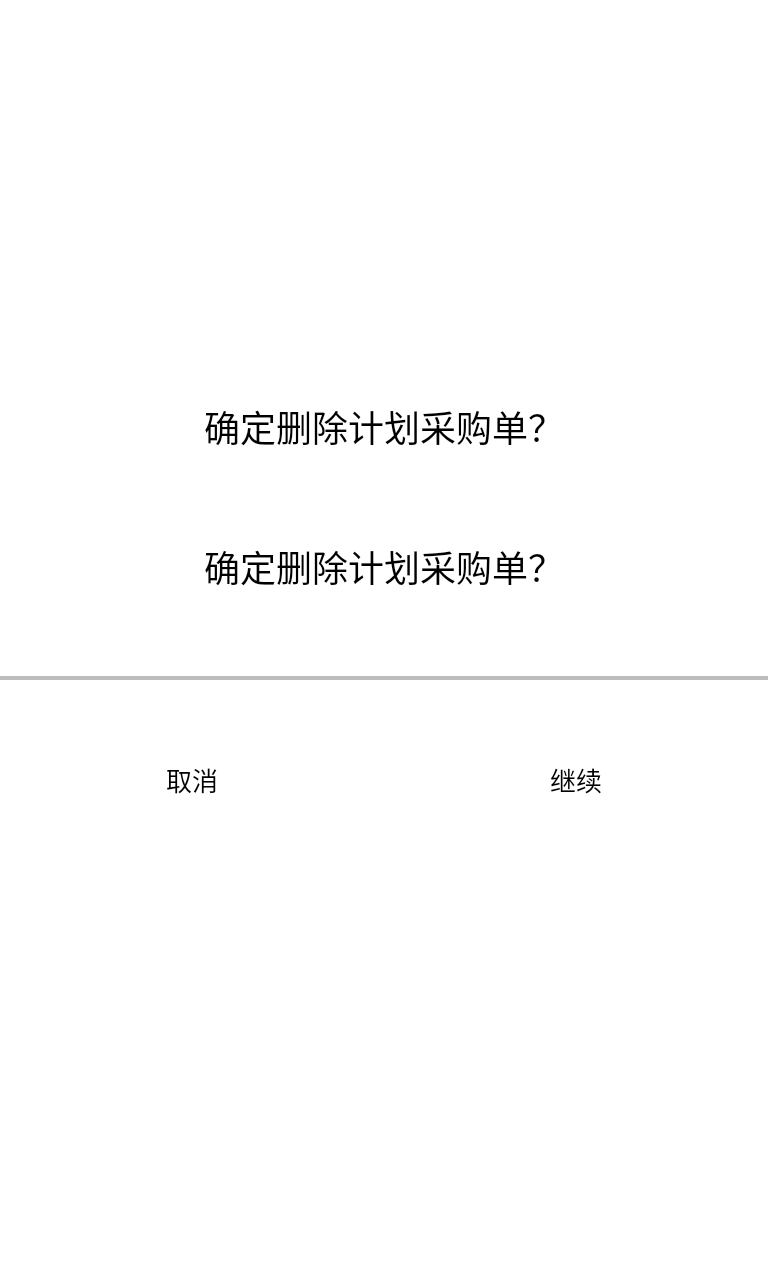
Repository: longxuep/ync
Layout: ync/Test/res/layout/view_dialog.xml
These files come from the project's save history. The layout is drawn as it stood at one moment and after the next save; the edit follows.
It is drawn on a 768 x 1280 px phone screen (xhdpi) without system bars, with theme AppTheme; the app's code is not run.

Above is the layout before, as saved 2016-08-08 06:43:53.

### ync/Test/res/layout/view_dialog.xml
<?xml version="1.0" encoding="utf-8"?>
<LinearLayout xmlns:android="http://schemas.android.com/apk/res/android"
    android:layout_width="match_parent"
    android:layout_height="match_parent"
    android:gravity="center"
    android:layout_gravity="center"
    android:background="@android:color/transparent"
    android:orientation="vertical" >

    <RelativeLayout
        android:id="@+id/pageinfo_success_code"
        android:layout_width="fill_parent"
        android:layout_height="240dp"
        android:clickable="true"
        android:background="#ffffff"
        android:visibility="visible" >
         <TextView
            android:id="@+id/dialog_title"
            android:layout_width="wrap_content"
            android:layout_height="wrap_content"
            android:layout_centerHorizontal="true"
            android:gravity="center"
            android:text="确定删除计划采购单？"
            android:textSize="36px" />

        <TextView
            android:id="@+id/dialog_content"
            android:layout_width="wrap_content"
            android:layout_height="wrap_content"
            android:layout_marginTop="70dp"
            android:layout_centerHorizontal="true"
            android:gravity="center"
            android:text="确定删除计划采购单？"
            android:textSize="36px" />

        <View
            android:id="@+id/view_v1"
            android:layout_width="fill_parent"
            android:layout_height="2dp"
            android:layout_above="@+id/ly_v1"
            android:background="#bcbcbc" />

        <LinearLayout
            android:id="@+id/ly_v1"
            android:layout_width="fill_parent"
            android:layout_height="100dp"
            android:layout_alignParentBottom="true"
            android:orientation="horizontal" >

            <TextView
                android:id="@+id/dialog_out"
                android:layout_width="match_parent"
                android:layout_height="match_parent"
                android:layout_weight="1"
                android:gravity="center"
                android:paddingBottom="20px"
                android:paddingTop="20px"
                android:text="取消"
                android:textSize="26px" />


            <TextView
                android:id="@+id/dialog_confirm"
                android:layout_width="match_parent"
                android:layout_height="match_parent"
                android:layout_weight="1"
                android:gravity="center"
                android:paddingBottom="20px"
                android:paddingTop="20px"
                android:text="继续"
                android:textSize="26px" />
        </LinearLayout>
    </RelativeLayout>

</LinearLayout>

After the next save:
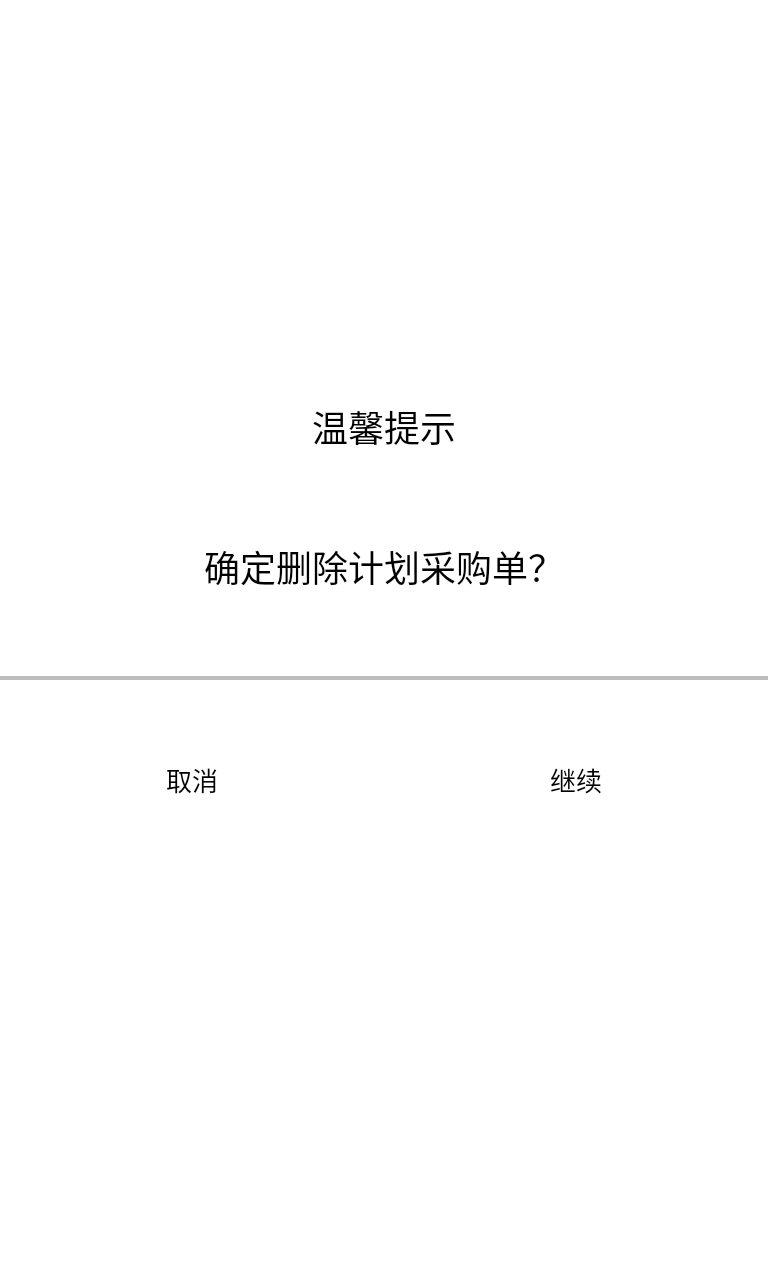
Saved 24 s later.
--- a/ync/Test/res/layout/view_dialog.xml
+++ b/ync/Test/res/layout/view_dialog.xml
@@ -20,7 +20,7 @@
             android:layout_height="wrap_content"
             android:layout_centerHorizontal="true"
             android:gravity="center"
-            android:text="确定删除计划采购单？"
+            android:text="温馨提示"
             android:textSize="36px" />
 
         <TextView
